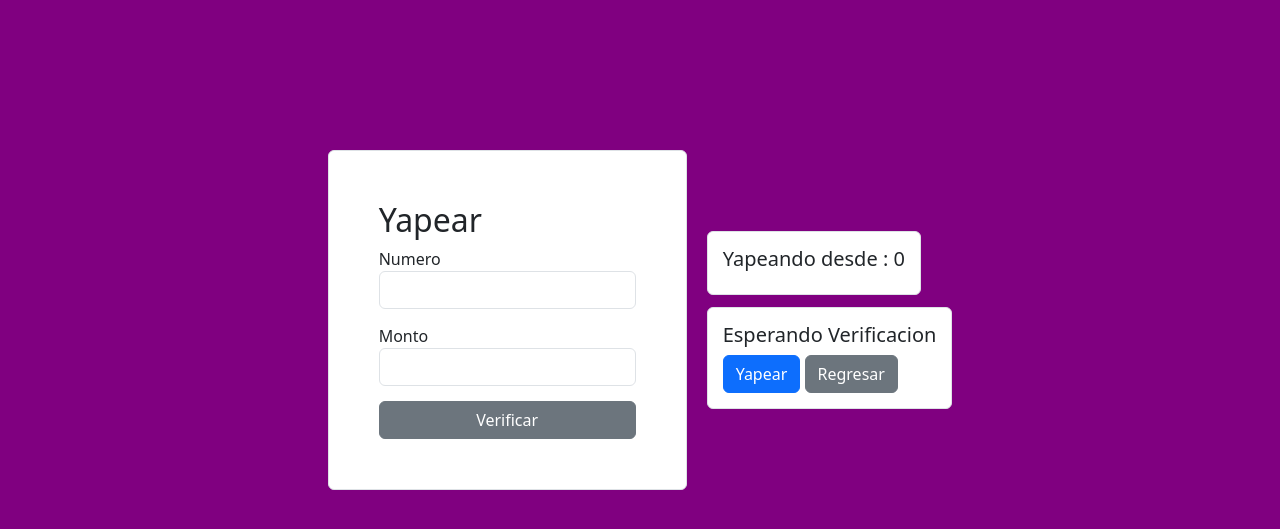
Repository: Gimblet/LP1_Proyecto_Yape
Page: http://localhost/Yape/Yapear.jsp
An editor plug-in stored every save of this project. The page is shown before and after the next save, followed by the edit.
The browser window is 1280 px wide. The pictures show the whole page.
The page is served by Tomcat 9. Other server files are loaded and not shown. Queries for data that is not in the repository find no rows.

Above is the page before, as saved 2024-05-04 17:56:33.

### Yape/src/main/webapp/Yapear.jsp
<%@page import="data.ClaseUtilitaria"%>
<%@page import="gestion.Metodos"%>
<%@ page language="java" contentType="text/html; charset=ISO-8859-1" pageEncoding="ISO-8859-1" %>
<%  //Obtener Numero
	Metodos obtenerNumero = new Metodos();
	int numero = 0;
	if(obtenerNumero.obtenerUsuario() != 0)
		numero = obtenerNumero.obtenerUsuario();
%>
    <!DOCTYPE html>
    <html>

    <head>
        <meta charset="ISO-8859-1">
        <link href="Resources/bootstrap.min.css" rel="stylesheet">
        <title>Nuevo Yapeo</title>
        <style>
        	body{
        		background-color: purple;
				margin: 0;
        	}

            .container {
                display: flex;
            }

            main{
            	margin: auto;
            	display: flex;
            	gap: 20px;
            	margin-top: 150px;
            }

            aside{
            	display: flex;
            	flex-direction: column;
            	justify-content: center;
            	gap: 12px;
            }

            aside div{
            	padding: 15px;
            	background-color: white;
            }

            .form-container {
                align-self: center;
                padding: 50px 50px 50px 50px;
                background-color: white;
            }

            input:hover {
                cursor: pointer;
            }

            #ver1{
            	width: max-content;
            }

            #ola{
            	display: flex;
            	flex-direction: column;
            	gap: 15px;
            }

            section, aside{
            	witdh: 350px;
            }
        </style>
    </head>

    <body>
        <div class="container">
        <main>
        	<section>
        		<div class="form-container border rounded">
                	<form action="Servlet" method="post">
                	<%
                  	String respuesta = "Esperando Verificacion";
                  	if(request.getAttribute("ValidacionYape") != null){
                	  	ClaseUtilitaria item = (ClaseUtilitaria) request.getAttribute("ValidacionYape");
                	  	if(item.getRespuesta().equals("Datos Conformes")){
                		  	respuesta = "Estas Yapeando a : " + item.getNombreRecipiente() + "<br>" +
                          	"El monto de : " + "S/" + item.getMontoRecipiente();
                	  	}
                	  	else{
                			  respuesta = item.getRespuesta();
                	 	 }
                  	}
                	%>
                    	<h2>Yapear</h2>
                    	<div id="ola">
                    		<div class="form-group">
                    			<label>Numero</label>
                    			<input class="form form-control" required type="text" name="txtNumero" maxlength="9" minlength="9"
                    			<% if(request.getAttribute("ValidacionYape") != null){
                  	  			ClaseUtilitaria item = (ClaseUtilitaria) request.getAttribute("ValidacionYape");
								if(item.getRespuesta().equals("Datos Conformes")){ %> value=<%= item.getNumeroRecipiente() %> <%}} %>>
                    		</div>
                    		<div class="form-group">
                    			<label>Monto</label>
                    			<input class="form form-control" required type="text" name="txtMonto" <% if(request.getAttribute("ValidacionYape") != null){
                  	  			ClaseUtilitaria item = (ClaseUtilitaria) request.getAttribute("ValidacionYape");
								if(item.getRespuesta().equals("Datos Conformes")){ %> value=<%= item.getMontoRecipiente()%> <%} }%>>
                    		</div>
                    		<input class="btn btn-secondary" type="submit" name="type" value="Verificar">
                    	</div>

                	</form>
            	</div>
        	</section>
        	<aside>
        		<div class="border rounded" id="ver1">
        			<h5>Yapeando desde : <%= numero %></h5>
        		</div>
        		<div class="border rounded" id="ver2">
        			<h5><%= respuesta %></h5>
					<input class="btn btn-primary" type="submit" name="type" value="Yapear">
					<a href="Servlet?type=Volver" class="btn btn-secondary">Regresar</a>
        		</div>
        	</aside>
        </main>
        </div>
    </body>

    </html>

### Yape/src/main/java/interfaces/IntYape.java
package interfaces;

import java.util.List;

import data.ClaseUtilitaria;
import data.Logins;
import data.Yapes;

public interface IntYape {
	Logins Login(int numero, String clave, String tipoUsr);
	List<Yapes> ListarYapes();
	List<Yapes> ListarTodosLosYapes();
	List<Logins> ListarUsuarios();
	int obtenerUsuario();
	String obtenerTipoUsuario();
	void cerrarSesion();
	ClaseUtilitaria validarYape(int numero, double monto);
	boolean validarYapeEditar(int numeroRec, int numeroRem, double monto, double OGmonto);
	void editarYape(int id, int numeroRec, int numeroRem, double monto, double OGmonto);
	void eliminarYape(int id, int numeroRec, int numeroRem, double OGmonto);
	public void eliminarUsuario(int id);
	Logins obtenerInformacionUsuario(int id);
	void editarUsuario(int id, String nombreApe, double saldo, String clave);
	void yapear(int numero, double monto);
	ClaseUtilitaria obtenerInformacionYape(int id);
	public String formatearFecha(String OGFecha);
	public String formatearHora(String OGHora);
}

### Yape/src/main/java/util/MysqlConexion.java
package util;

import java.sql.Connection;
import java.sql.DriverManager;
import java.sql.SQLException;

public class MysqlConexion {
	public static Connection getConexion() {
		Connection con = null;
		try {
			Class.forName("com.mysql.cj.jdbc.Driver").getDeclaredConstructor().newInstance();
			String url = "jdbc:mysql://localhost:3306/dbYape";
			String usr = "root";
			String psw = "mysql";
			con = DriverManager.getConnection(url, usr, psw);
		} catch(ClassNotFoundException e) {
			System.out.println("Error con el Driver de Base de Datos" + e.getMessage());
		} catch(SQLException e){
			System.out.println("Error con la base de datos" + e.getMessage());
		} catch(Exception e) {
			System.out.println("Error General" + e.getMessage());
		}
		return con;
	}

	public static void closeConnection(Connection con) {
		try {
			con.close();
		} catch(SQLException e) {
			System.out.println("Problemas al cerrar la conexion");
			e.printStackTrace();
		}
	}
}

Loaded but not shown: Yape/src/main/webapp/Resources/bootstrap.min.css (library); Yape/src/main/java/gestion/Metodos.java (896 lines, source omitted)

After the next save:
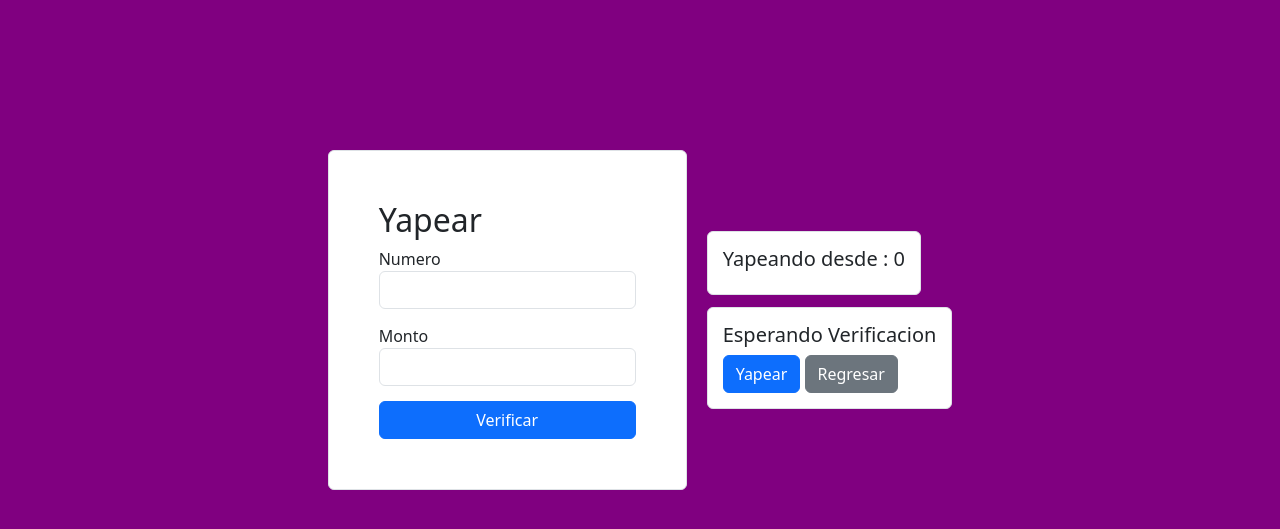
Saved 10 s later.
--- a/Yape/src/main/webapp/Yapear.jsp
+++ b/Yape/src/main/webapp/Yapear.jsp
@@ -103,7 +103,7 @@
                   	  			ClaseUtilitaria item = (ClaseUtilitaria) request.getAttribute("ValidacionYape");
 								if(item.getRespuesta().equals("Datos Conformes")){ %> value=<%= item.getMontoRecipiente()%> <%} }%>>
                     		</div>
-                    		<input class="btn btn-secondary" type="submit" name="type" value="Verificar">
+                    		<input class="btn btn-primary" type="submit" name="type" value="Verificar">
                     	</div>
 
                 	</form>
